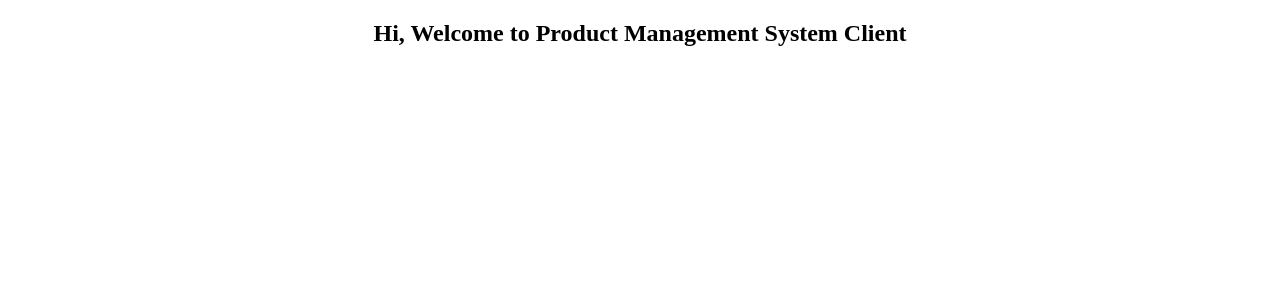
Repository: kanuwana/JavaWorkspace
Page: Product_Management_System_Client/WebContent/index.html
These files come from the project's save history. The page is drawn as it stood at one moment and after the next save; the edit follows.
The browser window is 1280 px wide. The pictures show the whole page.

Above is the page before, as saved 2013-10-27 18:38:59.

### Product_Management_System_Client/WebContent/index.html
<!DOCTYPE html>
<html>
<head>
<meta charset="ISO-8859-1">
<title>Product Management System Client</title>
</head>
<body>
<div align="center"><h2>Hi, Welcome to Product Management System Client</h2></div>
</body>
</html>

After the next save:
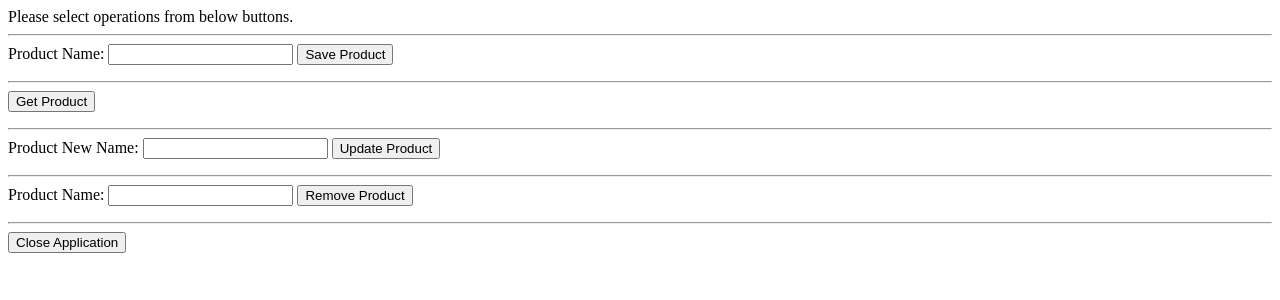
Saved 5 min 46 s later.
--- a/Product_Management_System_Client/WebContent/index.html
+++ b/Product_Management_System_Client/WebContent/index.html
@@ -1,10 +1,29 @@
-<!DOCTYPE html>
+
+
 <html>
-<head>
-<meta charset="ISO-8859-1">
-<title>Product Management System Client</title>
-</head>
+<head></head>
 <body>
-<div align="center"><h2>Hi, Welcome to Product Management System Client</h2></div>
+	<div>Please select operations from below buttons.</div><hr/>
+	<div><form name="saveProduct" action="/product/save" method="post">
+				Product Name: <input type="text" name="productName">
+				<input type="submit" value="Save Product">
+		</form>
+	</div><hr/>
+	<div><form name="getProduct" action="/product/get" method="get">
+				<input type="submit" value="Get Product">
+		</form>
+	</div><hr/>
+	<div><form name="updateProduct" action="/product/update" method="put">
+				Product New Name: <input type="text" name="productName">
+				<input type="submit" value="Update Product">
+		</form>
+	</div><hr/>
+	<div><form name="removeProduct" action="/product/remove" method="delete">
+				Product Name: <input type="text" name="productName">
+				<input type="submit" value="Remove Product">
+		</form>
+	</div><hr/>
+
+	<div align="left"><input type="submit" value="Close Application"></div>
 </body>
 </html>
